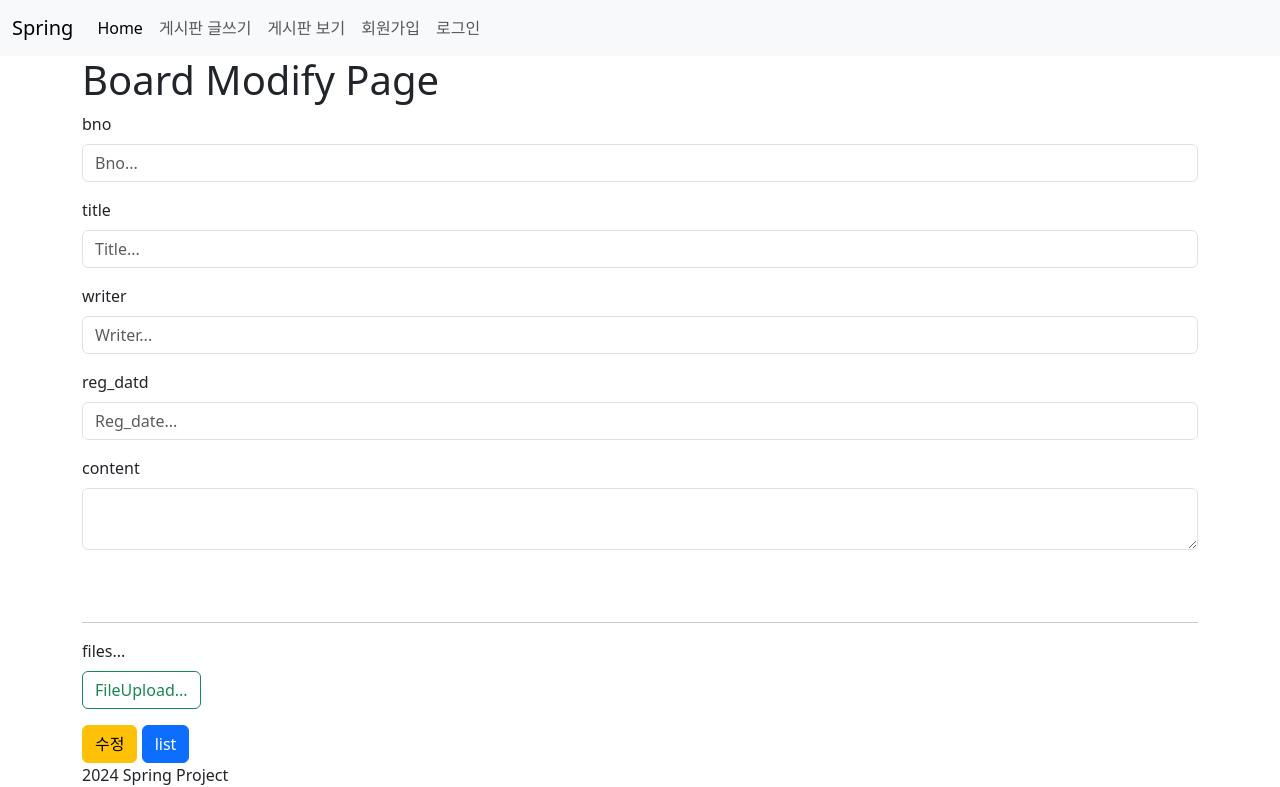
Repository: havanara/240423_SPRING_Project
Page: http://localhost/spring_test2/WEB-INF/views/board/modify.jsp
The author's editor kept a copy of each file at every save. The page is drawn from the files as they stood at one save, then again after the next save.
The browser window is 1280 px wide. The pictures show the whole page.
The page is served by Tomcat 9. Nobody is signed in. The template is opened directly, without the code that normally fills it, so the values that code supplies are empty.

Above is the page before, as saved 2024-05-01 03:03:43.

After the next save:
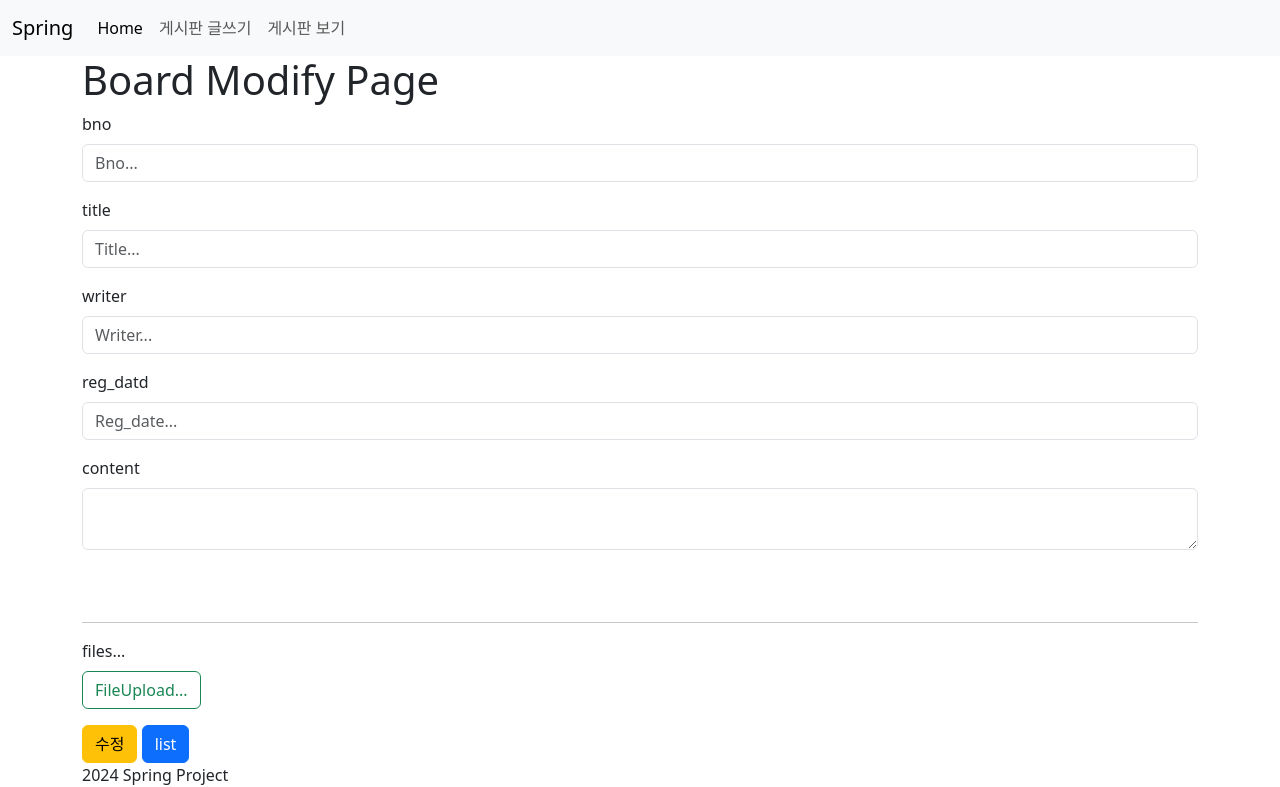
Saved 34 min 3 s later.
--- a/spring_test2/src/main/webapp/WEB-INF/views/layout/header.jsp
+++ b/spring_test2/src/main/webapp/WEB-INF/views/layout/header.jsp
@@ -27,7 +27,7 @@
         <li class="nav-item">
           <a class="nav-link" href="/board/list">게시판 보기</a>
         </li>
-        <li class="nav-item">
+<%--         <li class="nav-item">
           <a class="nav-link" href="/member/register">회원가입</a>
         </li>
 
@@ -45,7 +45,7 @@
         <li class="nav-item">
           <a class="nav-link" href="/member/modify">${ses.id }(${ses.email })님 환영합니다!</a>
         </li>
-        </c:if>
+        </c:if> --%>
 
       </ul>
     </div>
